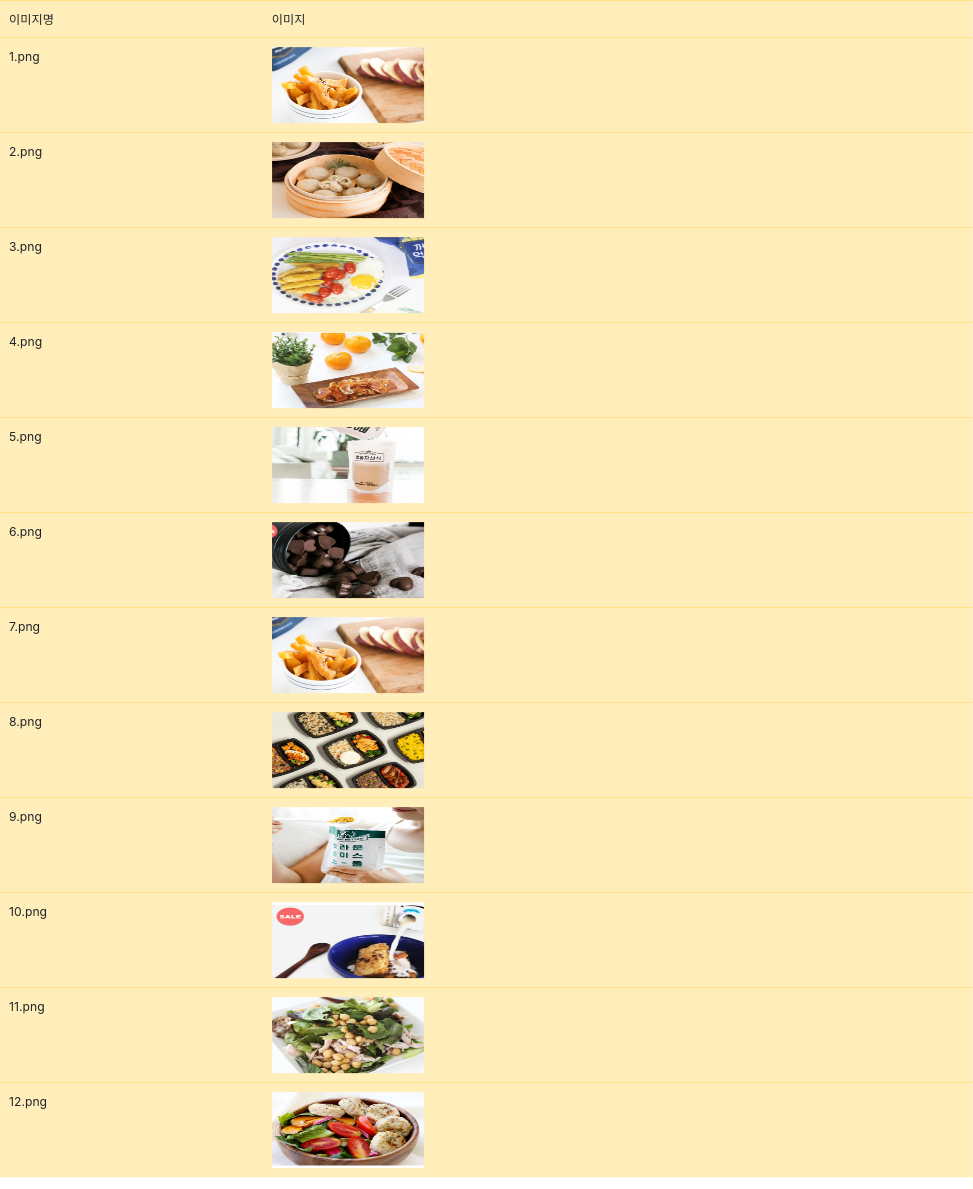
Repository: Hugh-KR/JSP_Project
Page: http://localhost/JSP_Project/movie.jsp
These files come from the project's save history. The page is drawn as it stood at one moment and after the next save; the edit follows.
The browser window is 1280 px wide. The pictures show the whole page, at 76% of full size.
The page is served by Tomcat 9.

Above is the page before, as saved 2022-11-09 04:57:35.

After the next save:
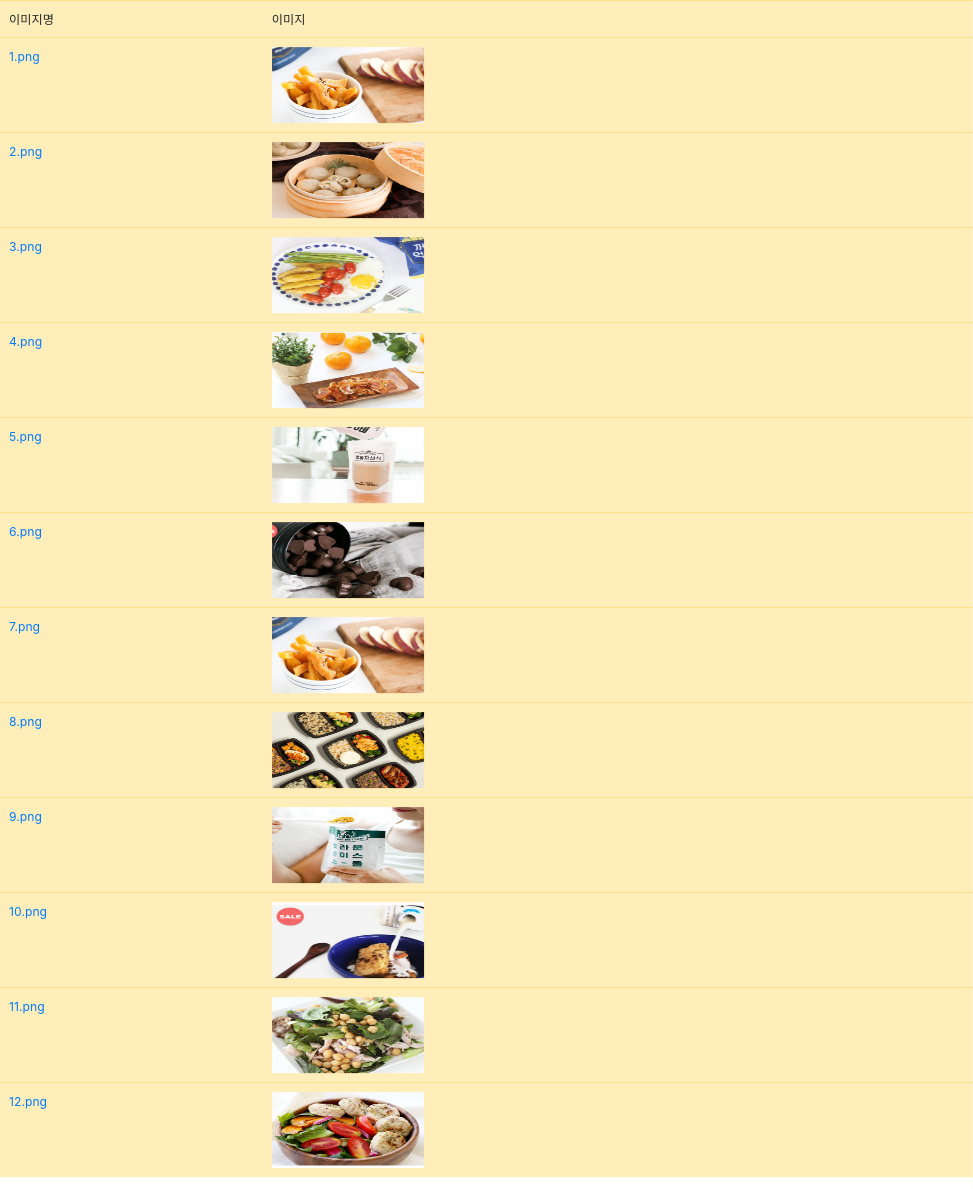
Saved 2 min 9 s later.
--- a/JSP_Project/src/main/webapp/movie.jsp
+++ b/JSP_Project/src/main/webapp/movie.jsp
@@ -32,7 +32,7 @@
 		</tr>
 		<% for(String s: img_list){ %>
 		<tr>
-			<a href="http://localhost:8080/JSP_Project/movie_one.jsp?img=<%= s %>"><td><%= s %></td></a>
+			<td><a href="http://localhost:8080/JSP_Project/movie_one.jsp?img=<%= s %>"><%= s %></a></td>
 			<td><img src="img/<%= s %>" width="200" height="100"></td>
 		</tr>
 		<% } %>
